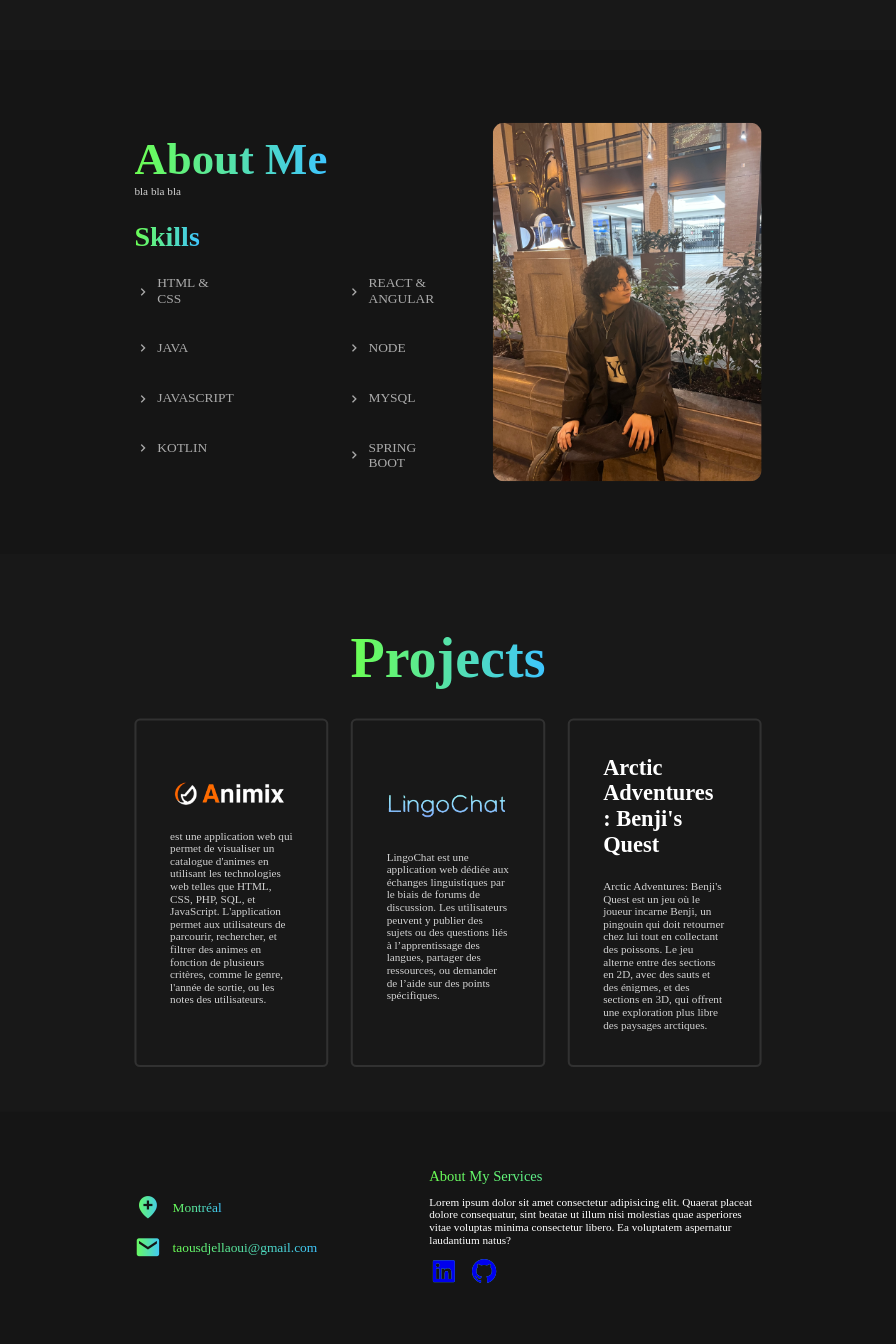
Repository: taousdjellaoui/portfolio-
Page: portfolio/index.html
An editor plug-in stored every save of this project. The page is shown before and after the next save, followed by the edit.
The browser window is 1280 px wide. The pictures show the part of the page from y = 648 to 2568 px (the page is 2568 px tall), at 70% of full size.

Above is the page before, as saved 2024-10-09 19:59:45.

### portfolio/index.html
<!DOCTYPE html>
<html lang="en">
  <head>
    <meta charset="UTF-8" />
    <meta name="viewport" content="width=device-width, initial-scale=1.0" />
    <title>Portfolio Website</title>
    <link rel="stylesheet" href="style.css" />
    <link href='https://unpkg.com/boxicons@2.1.4/css/boxicons.min.css' rel='stylesheet'>
  </head>
  <body>
    <nav>
      <a href="#" class="logo"><span>Taous Djellaoui</span></a>
      <ul class="links">
        <a href="#home">Home</a>
        <a href="#about">About</a>
        <a href="#projects">Projects</a>

        <i class='bx bx-menu-alt-right' id="Menu"></i>
      </ul>
      <a href="#contact" class="btn">Contact Me</a>

    </nav>
    <section id="home">
      <img src="images/graphic.jpg" alt="">
      <div class="info-box">

        <h1><span>Hello, I'm Taous !</span></h1>
        <h3><span>Web and mobile Development student</span> in montréal</h3>
        <p>i am looking to be an intern in web development or mobile development , i am a student
           at Cégep de Rosemont , and this is a simple  website i created using HTML, CSS and Javascript </p>
      </div>

    </section>

    <section id="about">
      <div class="about-box">
        <div class="about-info">
          <h1><span>About Me</span></h1>
          <p>bla bla bla </p>

        </div>
        <h2><span>Skills</span></h2>
        <div class="skills">
          <ul>
            <li>
              <p><i class='bx bx-chevron-right' ></i>HTML & CSS</p>
            </li>
            <li>
              <p><i class='bx bx-chevron-right' ></i>JAVA</p>
            </li>
            <li>
              <p><i class='bx bx-chevron-right' ></i>JAVASCRIPT</p>
            </li>
            <li>
              <p><i class='bx bx-chevron-right' ></i>KOTLIN</p>
            </li>
          </ul>
          <ul>
            <li>
              <p><i class='bx bx-chevron-right' ></i>REACT & ANGULAR</p>
            </li>
            <li>
              <p><i class='bx bx-chevron-right' ></i>NODE</p>
            </li>
            <li>
              <p><i class='bx bx-chevron-right' ></i>MYSQL</p>
            </li>
            <li>
              <p><i class='bx bx-chevron-right' ></i>SPRING BOOT</p>
            </li>
          </ul>
        </div>

      </div>
      <img src="images/image.jpg" alt="">
    </section>
    <section id="projects">
      <h1 class="header"><span>Projects</span></h1>
      <div class="projects-container">
        <div class="box">
          <img src="images/logo-animix.png" alt="">
          <p>est une application web qui permet de visualiser un catalogue d'animes en utilisant les technologies web telles que HTML, CSS, PHP, SQL, et JavaScript. L'application permet aux utilisateurs de parcourir, rechercher, et filtrer des animes en fonction de plusieurs critères,
            comme le genre, l'année de sortie, ou les notes des utilisateurs.</p>

        </div>
        <div class="box">
          <img src="images/logoLingoChat.png" alt="">

          <p>
            LingoChat est une application web dédiée aux échanges linguistiques par le biais de forums de discussion. Les utilisateurs peuvent y publier des sujets ou des questions liés à l’apprentissage des langues, partager
            des ressources, ou demander de l’aide sur des points spécifiques.</p>
        </div>
        <div class="box">
          <h1>Arctic Adventures : Benji's Quest</h1>
          <p>Arctic Adventures: Benji's Quest est un jeu où le
            joueur incarne Benji, un pingouin qui doit retourner chez lui tout en
            collectant des poissons. Le jeu alterne entre des sections en 2D, avec des sauts et des
            énigmes, et des sections en 3D, qui offrent une exploration plus libre des paysages arctiques. </p>

        </div>
      </div>
    </section>
    <footer id="contact">
      <div class="col-left">
        <div class="col-box">
          <span><i class='bx bxs-location-plus' ></i></span>
          <span>Montréal</span>
        </div>
        <div class="col-box">
          <span><i class='bx bxs-envelope' ></i></span>
          <span>taousdjellaoui@gmail.com</span>
        </div>
      </div>
      <div class="col-right">
        <span>About My Services</span>
        <p>Lorem ipsum dolor sit amet consectetur adipisicing elit. Quaerat placeat dolore consequatur, sint beatae ut illum nisi molestias quae asperiores vitae voluptas minima consectetur libero. Ea voluptatem aspernatur laudantium natus?</p>
        <div class="social-icons">
          <span><a href="https://www.linkedin.com/in/taous-djellaoui-2874a1187/"><i class='bx bxl-linkedin-square' ></i></a></span>
          <span><a href="https://github.com/taousdjellaoui"><i class='bx bxl-github' ></i></a></span>
        </div>

      </div>
    </footer>

    <script src="script.js"></script>
  </body>
</html>

### portfolio/style.css
* {
  margin: 0;
  padding: 0;
  box-sizing: border-box;
  text-decoration: none;
  list-style: none;
  scroll-behavior: smooth;
  font-family: "Poppins";
}
:root {
  --background: rgb(24, 24, 24);
  --second-background: rgb(21, 21, 21);
}
body{
  min-height: 100vh;
  background-color: var(--background);
}
nav{
position:fixed;
top:0;
width: 100%;
padding: 2em 15%;
display: flex;
align-items: center;
justify-content: space-between;
background-color:rgba(15,15,15,0.8);
backdrop-filter: blur(10px);
z-index: 1000;
}
ul{
  display:flex;
  align-items: center;
  gap: 3em;

}
nav ul a{
  color: white;
  opacity: 0.7;
  transition:0.2s ease-in-out;
}
nav ul a:hover{
  opacity: 1;

}
.logo{
  font-size:2em;
  color: white;
  font-weight: 800;
  opacity: 0.8;
  transition: 0.2s ease-in-out;

}
.logo:hover{
  opacity: 1;
}
.btn{
  padding : 0.5em 1em;
  color : white;
  font-weight: 500;
  letter-spacing:1px ;
  border-radius: 0.5em;
  font-size: 1.1em;
  border: 2px solid white;
  cursor: pointer;
  transition: 0.3s ease-in-out;

}
.btn:hover{
  background-color: white;
  color: var(--background);

}
span{
  background: linear-gradient(to right,#6cff52,#3ec5ff);
  background-clip: text;
  color:transparent;
}
#menu{
  color:white;
  font-size:3em;
  display:none;
}
section{
  min-height: 100vh;
  padding: 5% 15%;
}
#home{
display: flex;
flex-direction: column;
align-items:center;
justify-content: center;
gap:2em;
color:white;

}
#home img{
width:18vw;
border-radius: 1%;
margin-top: 3em;

}
.info-box{
  display: flex;
  flex-direction: column;
  text-align: center;
  gap: 0.5em;
  max-width: 500px;

}
.info-box h1{
  font-size:4em;
  font-weight: 500;
}
.info-box h3{
  font-size:2em;
  font-weight: 400;
}
.info-box p{
 opacity:0.7;
}
.btn-box{
  display: flex;
  gap: 1em;
}
.btn-box .btn:nth-of-type(2){
  background-color:white;
  color: var(--background)
}
.btn-box .btn:nth-of-type(2):hover{
  background-color: var(--background);
  color:white;

}
::-webkit-scrollbar{
  width: 20px;
  background-color: var(--background);
}
::-webkit-scrollbar-thumb{
  background: linear-gradient(to bottom,#788077,#a8b2b7);

}
#about{
  background-color: var(--second-background);
  display: flex;
  align-items:center;
  justify-content: center;
  gap: 5em;

}
#about img{
  width: 30vw;
  border-radius:1em;

}
.about-box{
  display:flex;
  flex-direction: column;
  text-align: left;
  gap: 2em;
}
.about-box h1{
  font-size: 4em;
}
.about-box p{
color:white;
opacity:0.8;
}
.skills{
  display:flex;
  text-align: left;
  gap: 10em;

}
.skills ul{
  font-size: 1em;
  font-weight: 500;
  display:flex;
  flex-direction: column;
  color:white;
  opacity:0.8;
  align-items: baseline;
}
.skills ul li p{
  color: white ;
  display: flex;
  align-items:center;
  gap : 0.5em;
   font-size: 1.2em;
   transition:0.3s ease-in-out;
}
.skills ul li p:hover{
  transform: translateX(10px);
}
.skills ul li i{
 font-size:1.2em;

}
.about-box h2{
  font-size: 2.5em;
}
#projects{
  background-color: var(--background);
}
.header{
  text-align: center;
  font-size: 5em;
  margin:0.5em 0;
}
.projects-container{
  display:grid;
  grid-template-columns: repeat(auto-fit,minmax(250px,1fr));
  gap:2em;
}
.box{
  border:3px solid rgb(49, 49, 49);
border-radius: 0.5em;
display: flex;
flex-direction: column;
justify-content: center;
overflow: hidden;
object-fit: cover;
padding:3em ;
gap: 2em;
color:white;
cursor:pointer;
transition:0.3s ease-in-out;
}
.box:hover{
  border: 3px solid rgb(100,100,100);
}
.box p{
  opacity:0.8;
}
.box h1{
  font-size: 2em;
}
.box img{
 min-width:25px;
 border-radius:0.5em;
}
footer{
  display: flex;
  align-items:center;
  justify-content: center;
  gap:10em;
  bottom:0;
  background-color: var(--second-background);
  width:100%;
  padding: 5em 15%;
}
.col-left{
  display:flex;
  flex-direction:column;
  gap : 1em;
}
.col-box{
  display: flex;
  align-items:center;
  gap : 1em;
}
.col-box i{
  font-size: 2em;
}
.col-box span{
  font-size: 1.2em;
}
.col-right{
  display:flex;
  flex-direction: column;
  gap:1em;
  color:white;
  max-width:500px;
}
.col-right span{
  font-size: 1.3em;
}
.col-right .social-icons{
  display:flex;
  align-items:baseline;
  justify-content: left;
  gap: 1em;
}
.col-right .social-icons i{
  font-size :2em;
  transition: 0.2s ease-in-out;
  cursor: pointer;
}
.social-icons i:hover{
  color:white;
}
a {
  color:none;
}

Loaded but not shown: portfolio/script.js (no stored copy; drawn as an empty file)

After the next save:
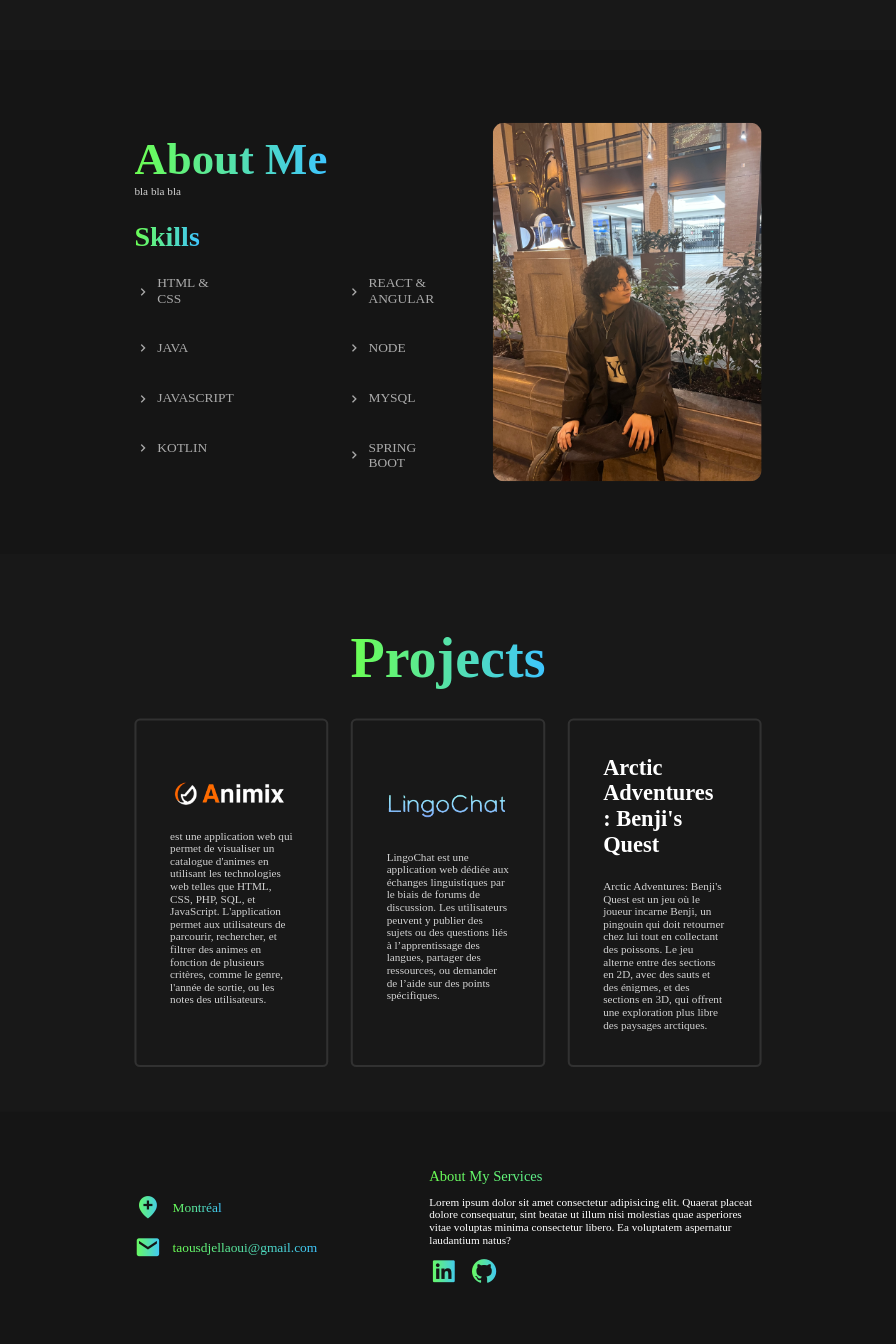
Saved 40 s later.
--- a/portfolio/style.css
+++ b/portfolio/style.css
@@ -289,5 +289,5 @@ footer{
   color:white;
 }
 a {
-  color:none;
-}
+  color: inherit;
+}
